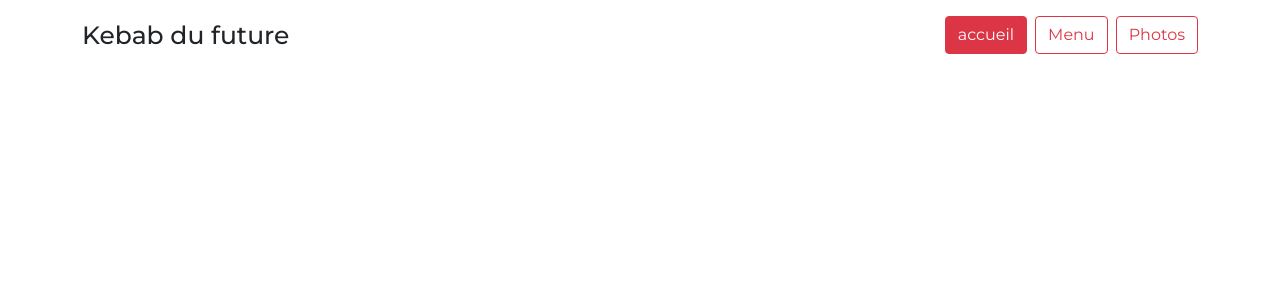
Repository: phbord/THP-js-exercices-manipulation-DOM
Page: index.html
An editor plug-in stored every save of this project. The page is shown before and after a run of saves, followed by the edit.
The browser window is 1280 px wide. The pictures show the whole page.

Above is the page before, as saved 2021-07-19 11:03:52.

### index.html
<!DOCTYPE HTML>
<html lang="fr">
    <head>
        <title></title>
        <meta charset="utf-8">
        <link href="https://cdn.jsdelivr.net/npm/bootstrap@5.0.2/dist/css/bootstrap.min.css"
                rel="stylesheet"
                integrity="sha384-EVSTQN3/azprG1Anm3QDgpJLIm9Nao0Yz1ztcQTwFspd3yD65VohhpuuCOmLASjC"
                crossorigin="anonymous">
        <link rel="stylesheet" href="./styles/main.css">
    </head>
    <body>
        <!-- HEADER -->
        <header class="py-3">
            <nav class="container d-flex align-items-center justify-content-between">
                <div class="me-5" href="#">
                    <h1>Kebab du future</h1>
                </div>
                <ul class="d-flex">
                    <li class="me-2">
                        <a class="btn btn-danger" href="#">accueil</a>
                    </li>
                    <li class="me-2">
                        <a class="btn btn-outline-danger" href="#">Menu</a>
                    </li>
                    <li>
                        <a class="btn btn-outline-danger" href="#">Photos</a>
                    </li>
                </ul>
            </nav>
        </header>

        <!-- ACCUEIL -->

        <!-- MENU -->

        <!-- PHOTOS -->


        <!-- SCRIPTS -->
        <script src="./scripts/main.js"></script>
    </body>
</html>

### styles/main.css
@import url('https://fonts.googleapis.com/css2?family=Montserrat:wght@100;200;300;400;500;600;700;800;900&display=swap');

body {
    font-family: Montserrat;
}

ul,li {
    margin: 0;
    padding: 0;
    list-style: none;
}

header h1 {
    margin: 0;
    font-size: 25px;
}

Loaded but not shown: scripts/main.js (no copy from this time; the picture is the same without it)

After the next 2 saves:
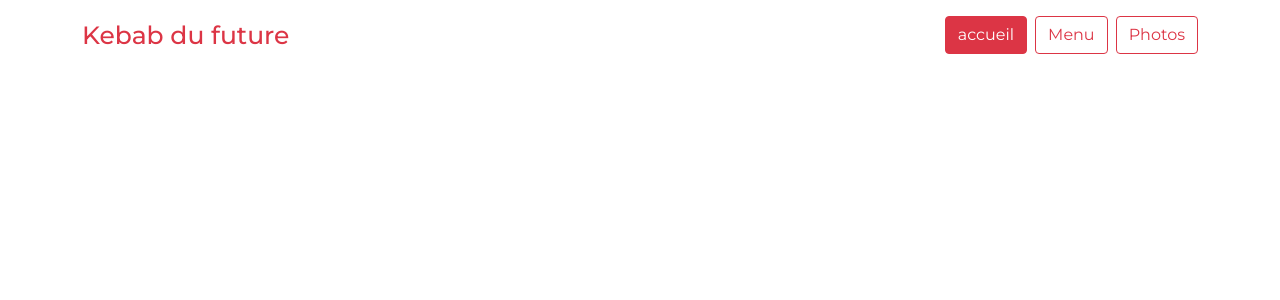
The 2 saves are shown as one change because they came seconds apart.
The last was saved 32 s later.
--- a/index.html
+++ b/index.html
@@ -14,7 +14,7 @@
         <header class="py-3">
             <nav class="container d-flex align-items-center justify-content-between">
                 <div class="me-5" href="#">
-                    <h1>Kebab du future</h1>
+                    <h1 class="text-danger">Kebab du future</h1>
                 </div>
                 <ul class="d-flex">
                     <li class="me-2">
